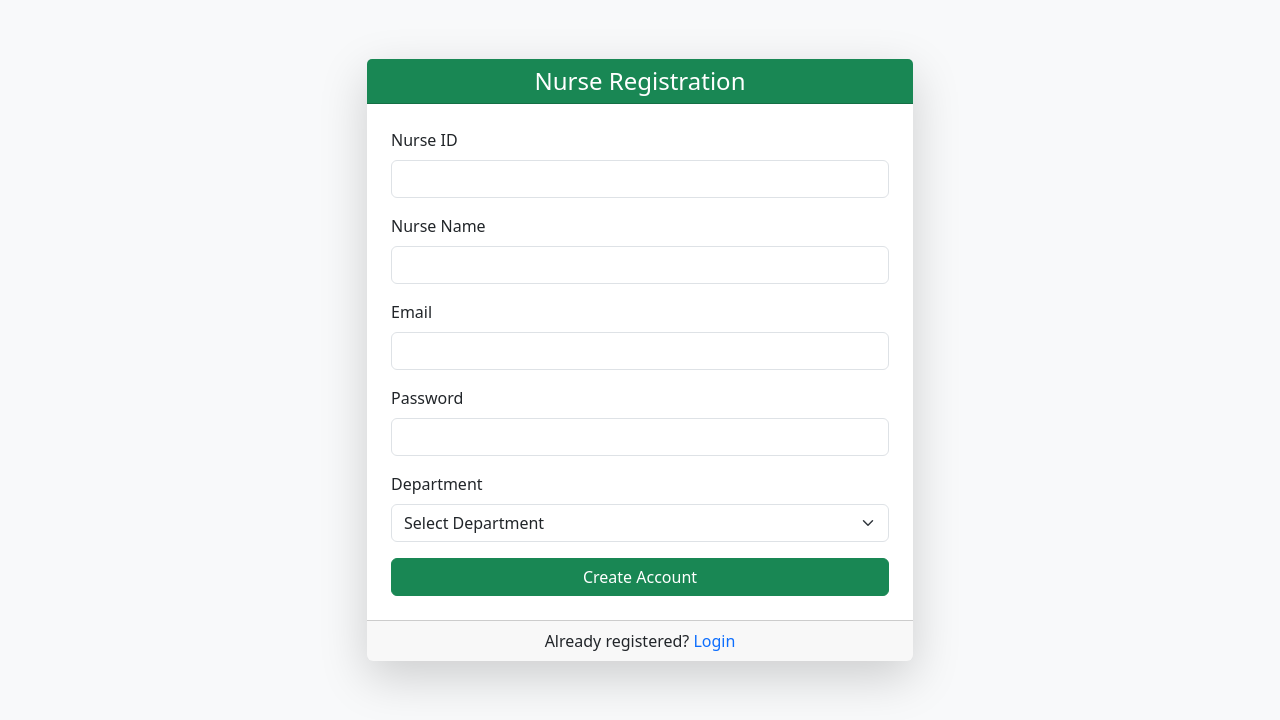
Repository: Rajasekaran0415/LifeCare-Management-System
Page: Project/nursesignup.html
An editor plug-in stored every save of this project. The page is shown before and after the next save, followed by the edit.
The browser window is 1280 px wide. The pictures show the whole page.

Above is the page before, as saved 2025-12-26 21:43:39.

After the next save:
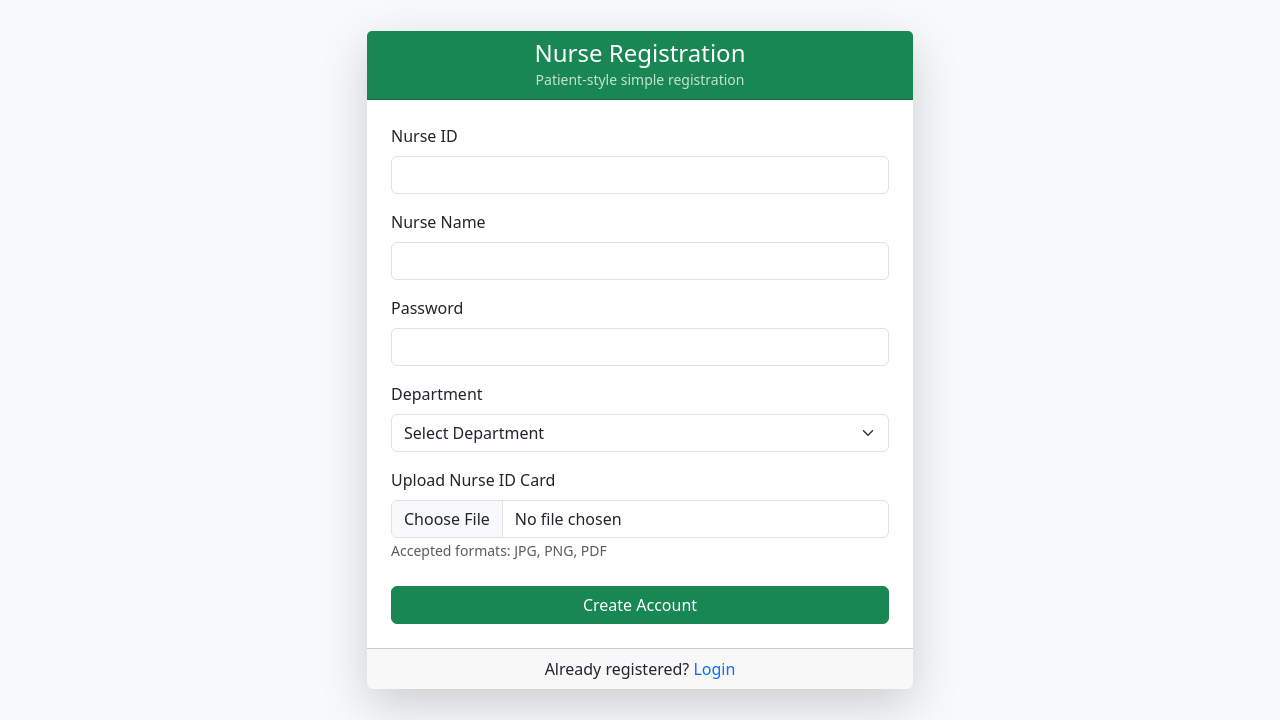
Saved 3 min 31 s later.
--- a/Project/nursesignup.html
+++ b/Project/nursesignup.html
@@ -18,11 +18,13 @@
         <div class="card shadow-lg border-0">
           <div class="card-header bg-success text-white text-center">
             <h4 class="mb-0">Nurse Registration</h4>
+            <small class="opacity-75">Patient-style simple registration</small>
           </div>
 
           <div class="card-body p-4">
 
-            <form action="nursesignup" method="post">
+            <!-- IMPORTANT: enctype for file upload -->
+            <form action="nursesignup" method="post" enctype="multipart/form-data">
 
               <div class="mb-3">
                 <label class="form-label">Nurse ID</label>
@@ -34,10 +36,7 @@
                 <input type="text" class="form-control" name="name" required>
               </div>
 
-              <div class="mb-3">
-                <label class="form-label">Email</label>
-                <input type="email" class="form-control" name="email" required>
-              </div>
+              <!-- Removed Email Field -->
 
               <div class="mb-3">
                 <label class="form-label">Password</label>
@@ -54,7 +53,17 @@
                 </select>
               </div>
 
-              <div class="d-grid">
+              <!-- NEW: ID Proof Upload -->
+              <div class="mb-3">
+                <label class="form-label">Upload Nurse ID Card</label>
+                <input type="file" class="form-control" name="idProof"
+                       accept=".jpg,.jpeg,.png,.pdf" required>
+                <small class="text-muted">
+                  Accepted formats: JPG, PNG, PDF
+                </small>
+              </div>
+
+              <div class="d-grid mt-4">
                 <button type="submit" class="btn btn-success">
                   Create Account
                 </button>
